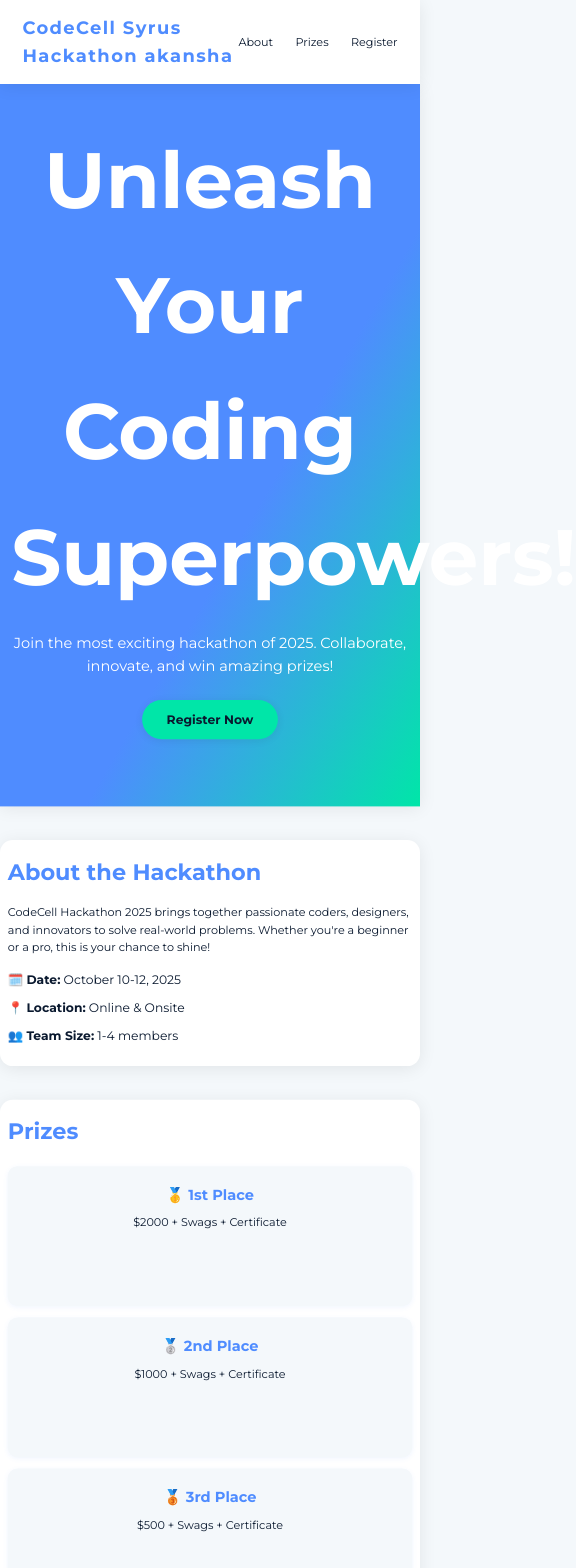
Repository: Akansha1425/codecell_mcp_test
Page: index.html
The author's editor kept a copy of each file at every save. The page is drawn from the files as they stood at one save, then again after the next save.
The browser window is 600 px wide. The page is 823 px wide, so the pictures cover 823 px, including what lies to the right of the window. The pictures show the part of the page from y = 0 to 2240 px (the page is 2879 px tall before and 2911 px after), at 70% of full size.

Above is the page before, as saved 2025-08-26 21:32:58.

After the next save:
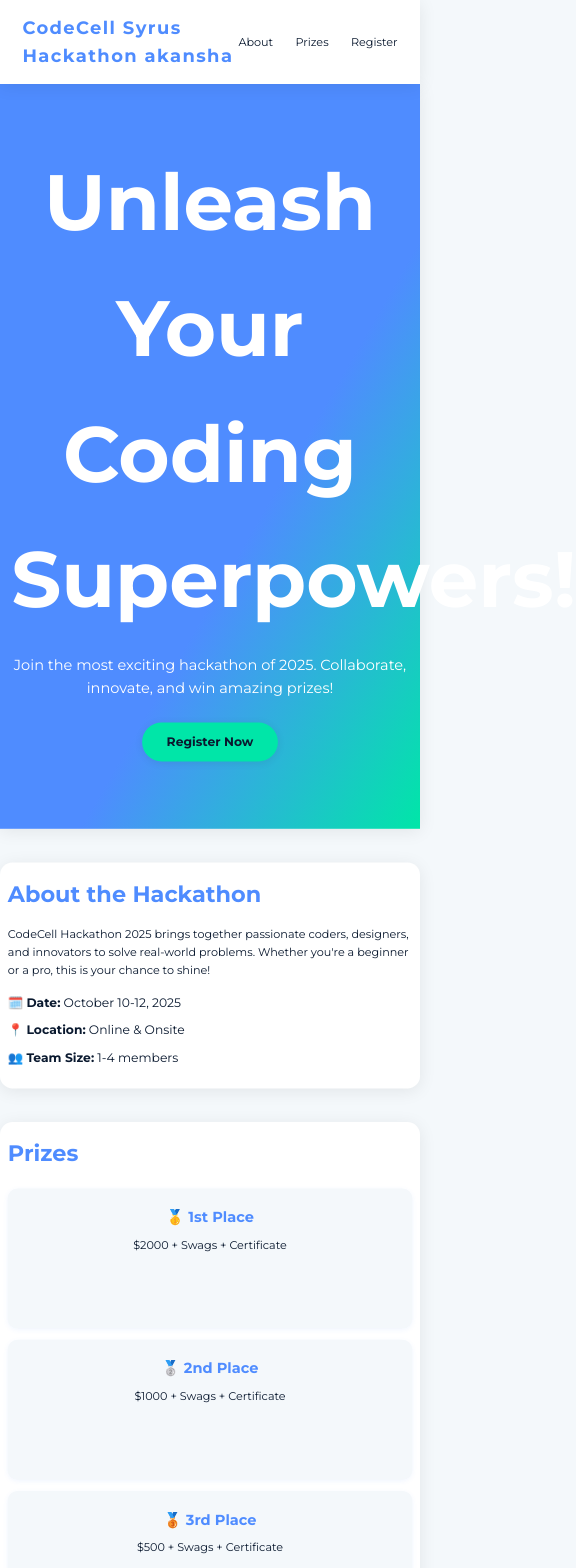
Saved 15 min 49 s later.
--- a/style.css
+++ b/style.css
@@ -198,7 +198,7 @@ footer {
 
 @media (max-width: 700px) {
     header {
-        padding: 3rem 1rem 6rem 1rem;
+        padding: 5rem 1rem 6rem 1rem;
     }
     .header-content h1 {
         font-size: 7rem;
